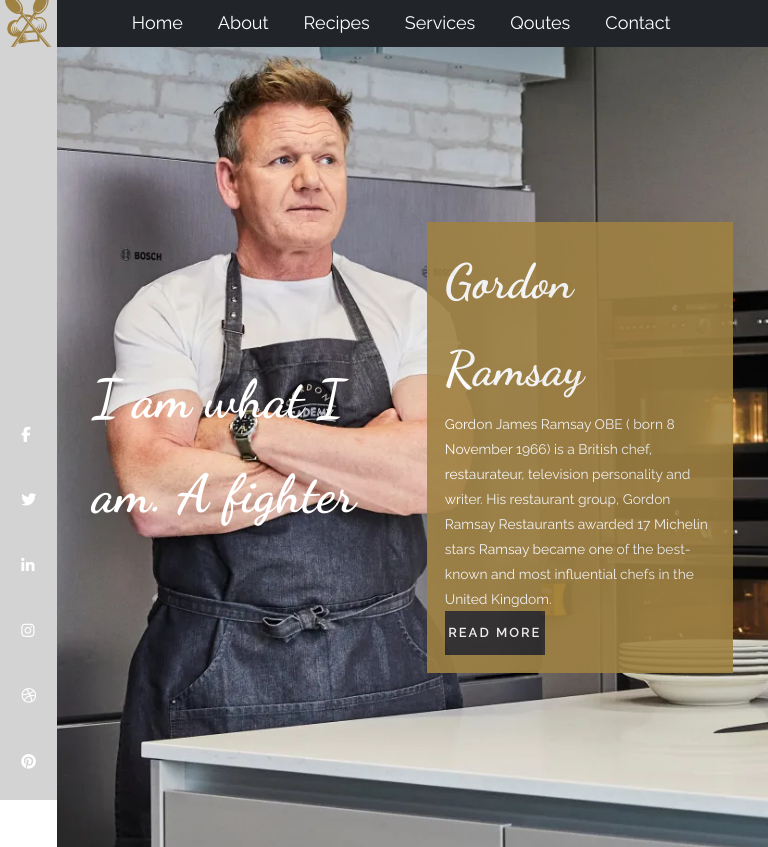
Repository: Esraa22M/Gordon-Ramsay-Biography
Page: index.html
The author's editor kept a copy of each file at every save. The page is drawn from the files as they stood at one save, then again after the next save.
The browser window is 768 px wide. The pictures show the whole page.
Backgrounds fixed to the window are drawn as part of the page. Some web libraries are served in a nearby version.

Above is the page before, as saved 2022-12-12 21:49:54.

After the next save:
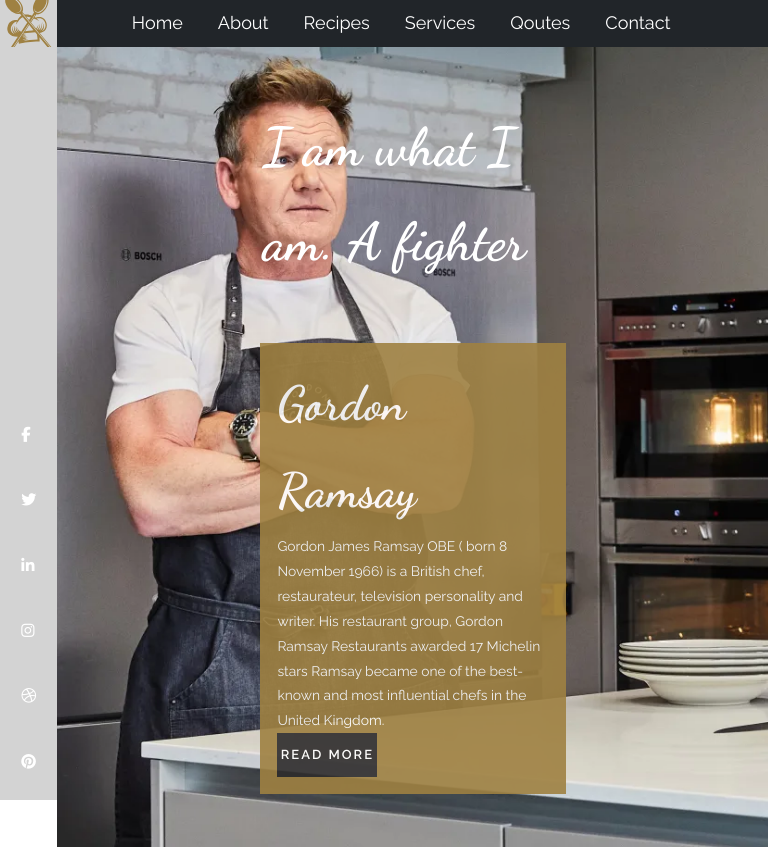
Saved 5 min 28 s later.
--- a/style.css
+++ b/style.css
@@ -189,7 +189,9 @@
   /*showcase section**/
   section#show-case {
     background-image: url(./img/GRA_Gordon.png);
-  }
+    flex-direction: column;
+  }
+
 }
 /* max width (610px) */
 @media screen and (max-width: 610px) {

After the save that followed:
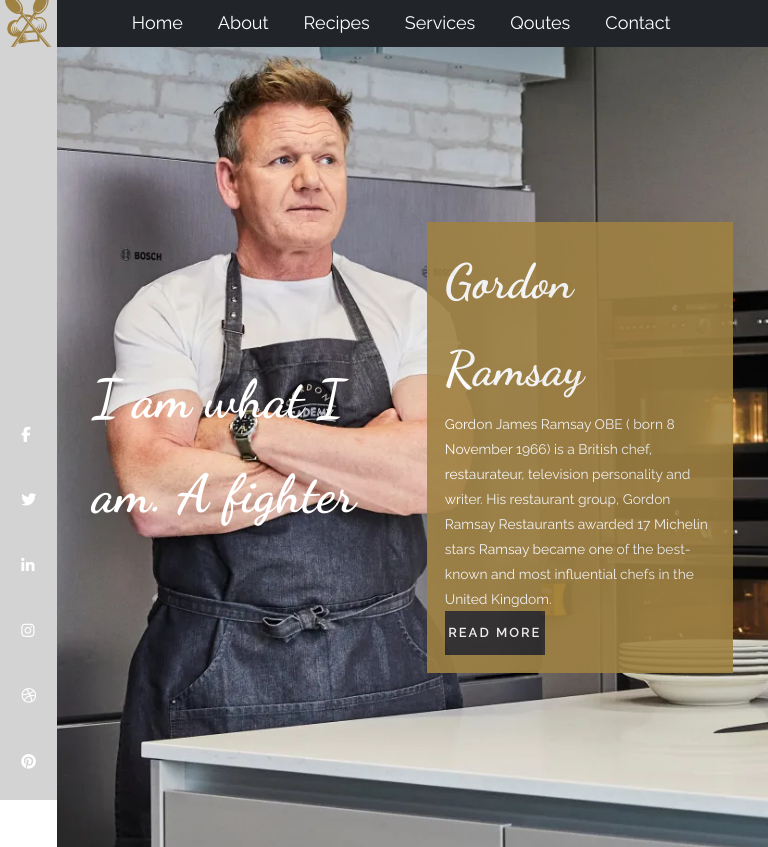
Saved 3 min 37 s later.
--- a/style.css
+++ b/style.css
@@ -189,7 +189,7 @@
   /*showcase section**/
   section#show-case {
     background-image: url(./img/GRA_Gordon.png);
-    flex-direction: column;
+    /* flex-direction: column; */
   }
 
 }
